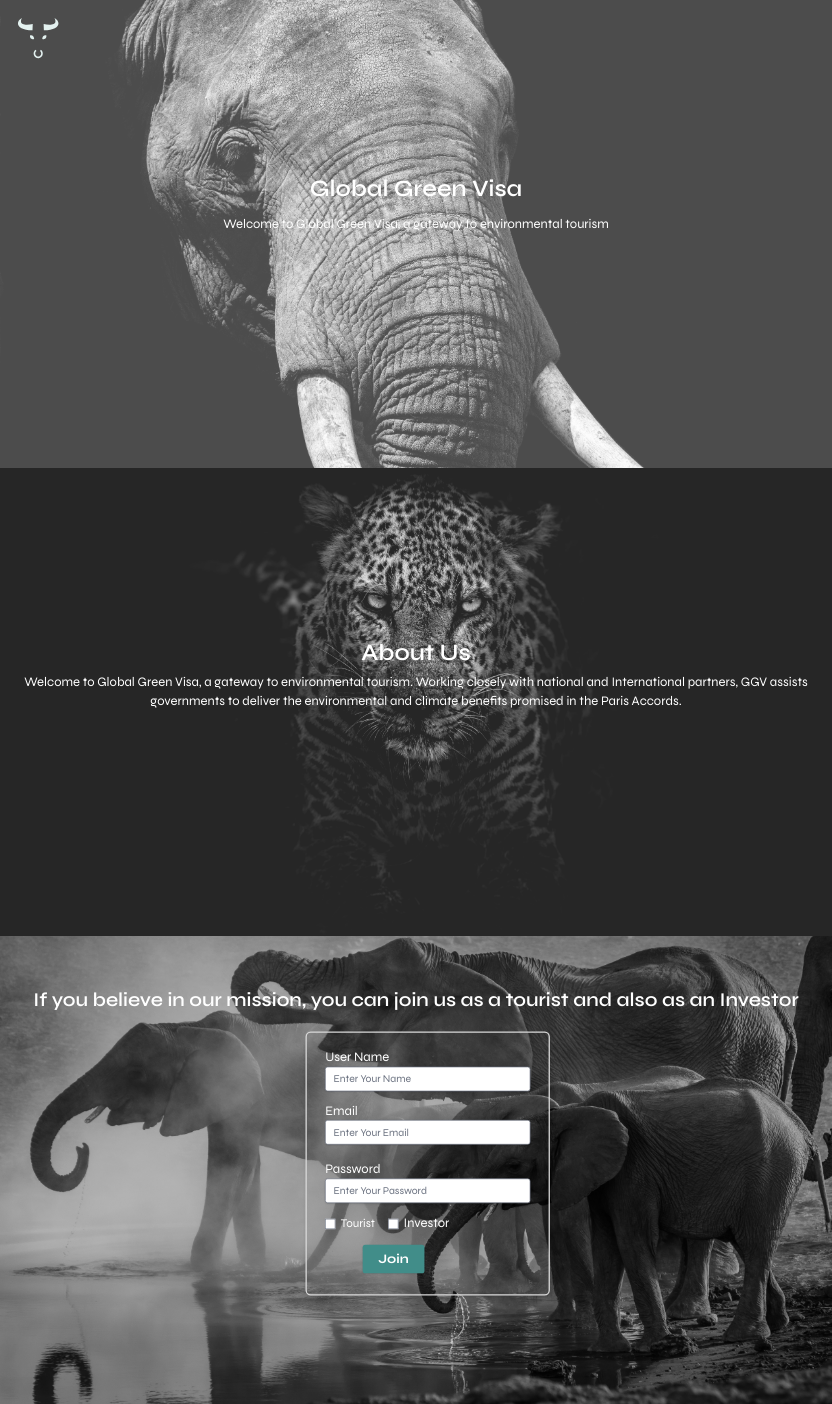
Repository: BrightonMboya/ggv-landingPage
Page: /
These files come from the project's save history. The page is drawn as it stood at one moment and after the next save; the edit follows.
The browser window is 1280 px wide. The pictures show the whole page, at 65% of full size.
The project was rebuilt for these pictures with package versions that can differ from the ones it lists, and the page was loaded fresh each time. The framework's server and built-in components were replaced by stand-ins that run in the browser. Also part of the build but not shown: next.config.js.

Above is the page before, as saved 2022-06-14 15:17:33.

### pages/index.js
import React from "react";
import styles from "../styles/Home.module.css";
import HomePage from "./HomePage";
import AboutUs from "./AboutUs";
import Contactus from "./Contactus";

// const index = () => {
//   return (
//     <React.Fragment>
//       <div className={`${styles.global} ${styles.container}`}>
//         <section className={`${styles.section}`}>
//           <HomePage />
//         </section>
//         <section className={`${styles.section}`}>
//           <AboutUs />
//         </section>
//         <section className={`${styles.section} ${styles.three}`}>
//           <Contactus />
//         </section>
//       </div>
//     </React.Fragment>
//   );
// };

const index = () => {
  return (
    <React.Fragment>
      {/* <div className={styles.global}>
        <div className={styles.container}>
          <section className={`${styles.section}`}>
            <HomePage />
          </section>
          <section className={`${styles.section} ${styles.two}`}>
            <AboutUs />
          </section>
          <section className={styles.section}>
            <Contactus />
          </section>
        </div>
      </div> */}

      <HomePage />
      <AboutUs />
      <Contactus />
    </React.Fragment>
  );
};

export default index;

### styles/globals.css
@tailwind base;
@tailwind components;
@tailwind utilities;

@layer base {
  html {
    font-family: Syne;
  }
}

### styles/Home.module.css
.global {
  margin: 0;
  padding: 0;
  box-sizing: border-box;
  font-family: "Syne";
  /* border: 2px solid yellow; */
}
.section {
  /* height: 100vh; */
  display: flex;
  justify-content: center;
  align-items: center;
  scroll-snap-align: start;
}

.container {
  scroll-snap-type: y mandatory;
  overflow-y: scroll;
  height: 100vh;
}

.bgWrap {
  position: fixed;
  /* height: 100vh; */
  /* min-height: 80vh; */
  width: 100vw;
  overflow: hidden;
  z-index: -1;
  height: 100vh;
}

.bg {
  /* max-width: 100%; */
  position: relative;
  /* opacity: 0.1; */
  background: linear-gradient(
    to bottom-right,
    rgba(71, 78, 117, 0.7),
    rgba(226, 27, 27, 0.7)
  );
  /* border: 2px solid red; */
  /* height: 100vh; */
}

.content {
  /* display: inline-block; */
  position: absolute;
  left: 50%;
  top: 45%;
  width: 100%;
  transform: translate(-50%, -50%);
}

@media (max-width: 480px) {
  .content p {
    margin: 0 auto;
    max-width: 400px;
  }
}

.two {
  background: rgb(211, 79, 79);
  background: linear-gradient(
      to bottom right,
      rgba(0, 1, 7, 0.7),
      rgb(78, 77, 77, 0.7)
    ),
    url("../public/about.jpg");
  background-size: cover;
  background-repeat: no-repeat;
  background-position: center;
  font-size: 45px;
  line-height: 65px;
  text-align: center;
  color: #ffffff;
}

### pages/HomePage.js
import React from "react";
import Head from "next/head";
import styles from "../styles/Home.module.css";
import Image from "next/image";

const HomePage = () => {
  return (
    <div className="">
      <Head>
        <title>Welcome to GGV</title>
        <meta
          name="description"
          content="Your Gateway to environmental tourism"
        />
        <style>
          @import
          url('https://fonts.googleapis.com/css2?family=Poppins:wght@400;500;600&family=Syne:wght@400;500;600;700&display=swap');
        </style>
      </Head>
      <div
        className={`${styles.bgWrap} ${styles.bg} "bg-gradient-to-br from-black to-slate"`}
      >
        <Image
          src="/elephant.jpg"
          layout="fill"
          objectFit="cover"
          quality={100}
          style={{
            opacity: 0.7
          }}
        />
        <div className="w-[70px] h-[70px] relative mt-6 ml-6 ">
          <Image src="/logo.svg" layout="fill" objectFit="contain" />
        </div>
        <div className={styles.content}>
          <h2 className="text-white lg:text-4xl text-center text-6xl font-semibold">
            Global Green Visa
          </h2>
          <p className="text-white lg:text-xl text-center text-2xl leading-loose py-5">
            Welcome to Global Green Visa, a gateway to environmental tourism
          </p>
        </div>
      </div>
    </div>
  );
};
export default HomePage;

### pages/AboutUs.js
import Image from "next/image";
import styles from "../styles/Home.module.css";
import Head from "next/head";

const AboutUs = () => {
  return (
    <div className={styles.global}>
      <Head>
        <title>Welcome to GGV</title>
        <meta
          name="description"
          content="Your Gateway to environmental tourism"
        />
        <style>
          @import
          url('https://fonts.googleapis.com/css2?family=Poppins:wght@400;500;600&family=Syne:wght@400;500;600;700&display=swap');
        </style>
      </Head>
      <div className={`${styles.bgWrap} ${styles.bg}`}>
        <Image
          src="/about.jpg"
          layout="fill"
          objectFit="cover"
          quality={100}
          style={{ opacity: 0.85 }}
        />
        <div className={styles.content}>
          <h2 className="text-white lg:text-4xl text-center text-4xl font-semibold md:text-6xl">
            About Us
          </h2>
          <p className="text-white lg:text-xl text-center text-xl leading-loose py-3 md:text-3xl md:leading-loose md:px-5">
            Welcome to Global Green Visa, a gateway to environmental tourism.
            Working closely with national and International partners, GGV
            assists governments to deliver the environmental and climate
            benefits promised in the Paris Accords.
          </p>
        </div>
      </div>
    </div>
  );
};
export default AboutUs;

### pages/Contactus.js
import React from "react";
import Image from "next/image";
import styles from "../styles/Home.module.css";
import { useState } from "react";
import Head from "next/head";

const Contactus = () => {
  const [enteredName, setEnteredName] = useState("");
  const [enteredPassword, setEnteredPassword] = useState("");
  const [enteredMessage, setEnteredMessage] = useState("");

  const nameChangeHandler = (event) => {
    setEnteredName(event.target.value);
  };

  const passwordChangeHandler = (event) => {
    setEnteredPassword(event.target.value);
  };

  const messageChangeHandler = (event) => {
    setEnteredMessage(event.target.value);
  };

  const submitHandler = (event) => {
    event.preventDefault();
  };
  return (
    <div className="">
      <Head>
        <title>Welcome to GGV</title>
        <meta name="description" content="Join Our Family" />
        <style>
          @import
          url('https://fonts.googleapis.com/css2?family=Poppins:wght@400;500;600&family=Syne:wght@400;500;600;700&display=swap');
        </style>
      </Head>
      <div className={`${styles.bgWrap} ${styles.bg}`}>
        <Image
          src="/contact.jpg"
          layout="fill"
          objectFit="cover"
          quality={100}
        />
        <div className="flex items-center justify-center text-white">
          <div className={styles.content}>
            <h3 className="text-xl font-semibold md:text-3xl text-center px-5 leading-loose">
              If you believe in our mission, you can join us as a tourist and
              also as an Investor
            </h3>
            <div className="max-w-xs md:max-w-3xl lg:max-w-full ml-[5vh] mt-8 flex items-center justify-center">
              <form
                onSubmit={submitHandler}
                className="shadow-md rounded-lg px-7 pt-6 pb-8 mb-4 border-gray border-2 "
              >
                <div className="mb-4">
                  <label className="text-lg md:text-xl">User Name</label>
                  <input
                    type="text"
                    value={enteredName}
                    onChange={nameChangeHandler}
                    placeholder="Enter Your Name"
                    className="shadow appearance-none border rounded w-full py-2 px-3 text-gray-700 leading-tight focus:outline-none focus:shadow-outline"
                  />
                </div>
                <div className="mb-6">
                  <label className="text-lg md:text-xl">Email</label>
                  <input
                    type="email"
                    className="shadow appearance-none border rounded w-full py-2 px-3 text-gray-700 leading-tight focus:outline-none focus:shadow-outline"
                    onChange={passwordChangeHandler}
                    placeholder="Enter Your Email"
                    value={enteredPassword}
                  />
                </div>

                <div>
                  <label className="text-lg md:text-xl">Password</label>
                  <input
                    type="text"
                    className="shadow appearance-none border rounded w-full py-2 px-3 text-gray-700 leading-tight focus:outline-none focus:shadow-outline"
                    placeholder="Enter Your Password"
                    value={enteredMessage}
                    onChange={messageChangeHandler}
                  />
                </div>
                <div className="flex items-center mt-4">
                  <div>
                    <input type="checkbox" className="mr-2 leading-tight" />
                    <span className="text-sm text-center md:text-lg">
                      Tourist
                    </span>
                  </div>
                  <div className="ml-5">
                    <input type="checkbox" className="mr-2 leading-tight" />
                    <span className="text-sm text-center md:text-xl">
                      Investor
                    </span>
                  </div>
                </div>

                <div className="mt-5 ml-[8vh]">
                  <button className="shadow bg-green focus:shadow-outline focus:outline-none text-white font-bold py-2 px-6 rounded md:text-xl">
                    Join
                  </button>
                </div>
              </form>
            </div>
          </div>
        </div>
      </div>
    </div>
  );
};

export default Contactus;

### tailwind.config.js
module.exports = {
  content: [
    "./pages/**/*.{js,ts,jsx,tsx}",
    "./components/**/*.{js,ts,jsx,tsx}"
  ],
  theme: {
    extend: {
      colors: {
        black: "#000107",
        slate: "#E3F1EF",
        green: "#418D89",
        gray: "#D9D9D9"
      },
      fontFamily: {
        Syne: ["Syne", "sans-serif"]
      }
    }
  },
  plugins: [require("@tailwindcss/forms")]
};

Loaded but not shown: pages/_app.js (common file)

After the next save:
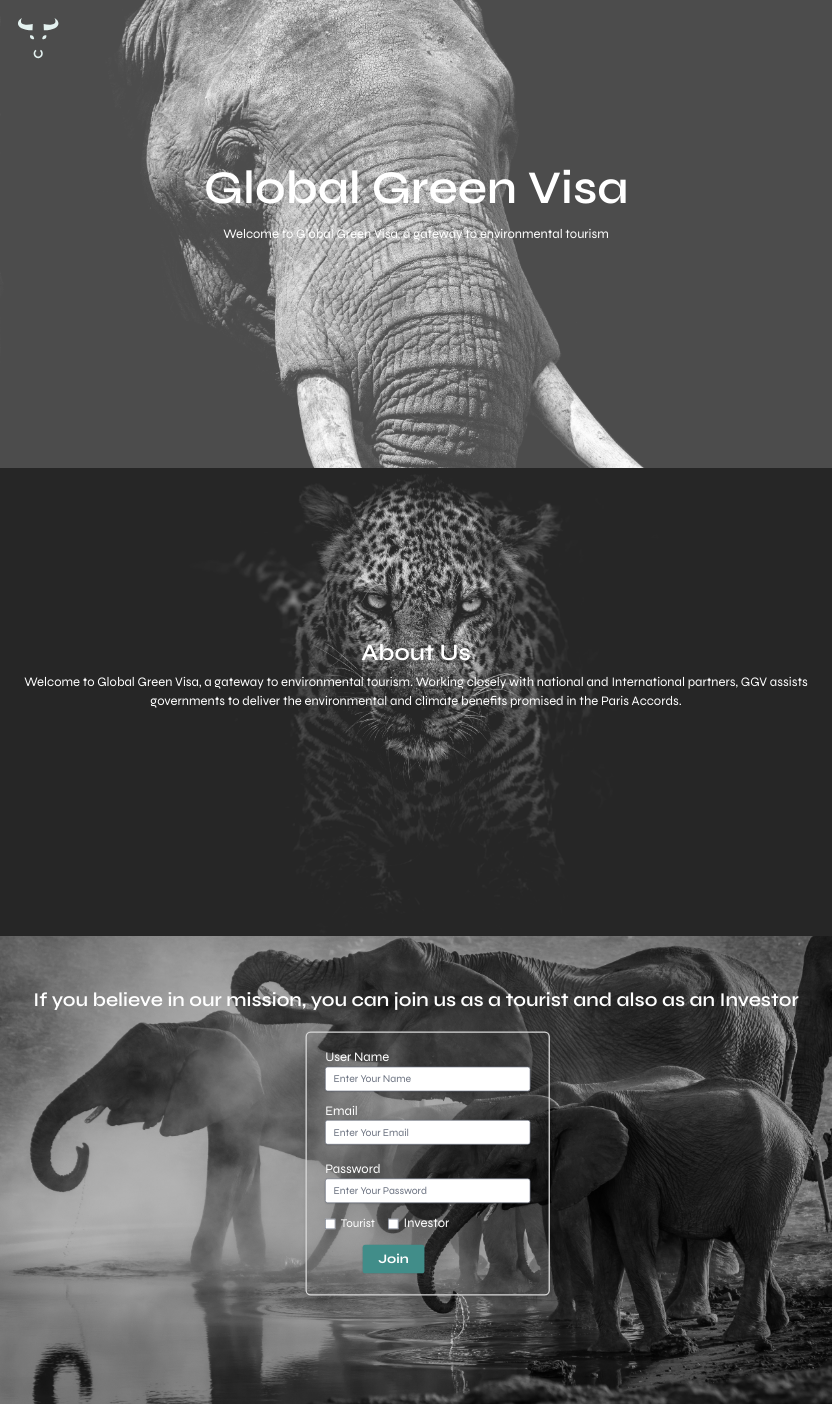
Saved 54 s later.
--- a/pages/HomePage.js
+++ b/pages/HomePage.js
@@ -33,7 +33,7 @@
           <Image src="/logo.svg" layout="fill" objectFit="contain" />
         </div>
         <div className={styles.content}>
-          <h2 className="text-white lg:text-4xl text-center text-6xl font-semibold">
+          <h2 className="text-white lg:text-7xl text-center text-6xl font-semibold">
             Global Green Visa
           </h2>
           <p className="text-white lg:text-xl text-center text-2xl leading-loose py-5">

After the save that followed:
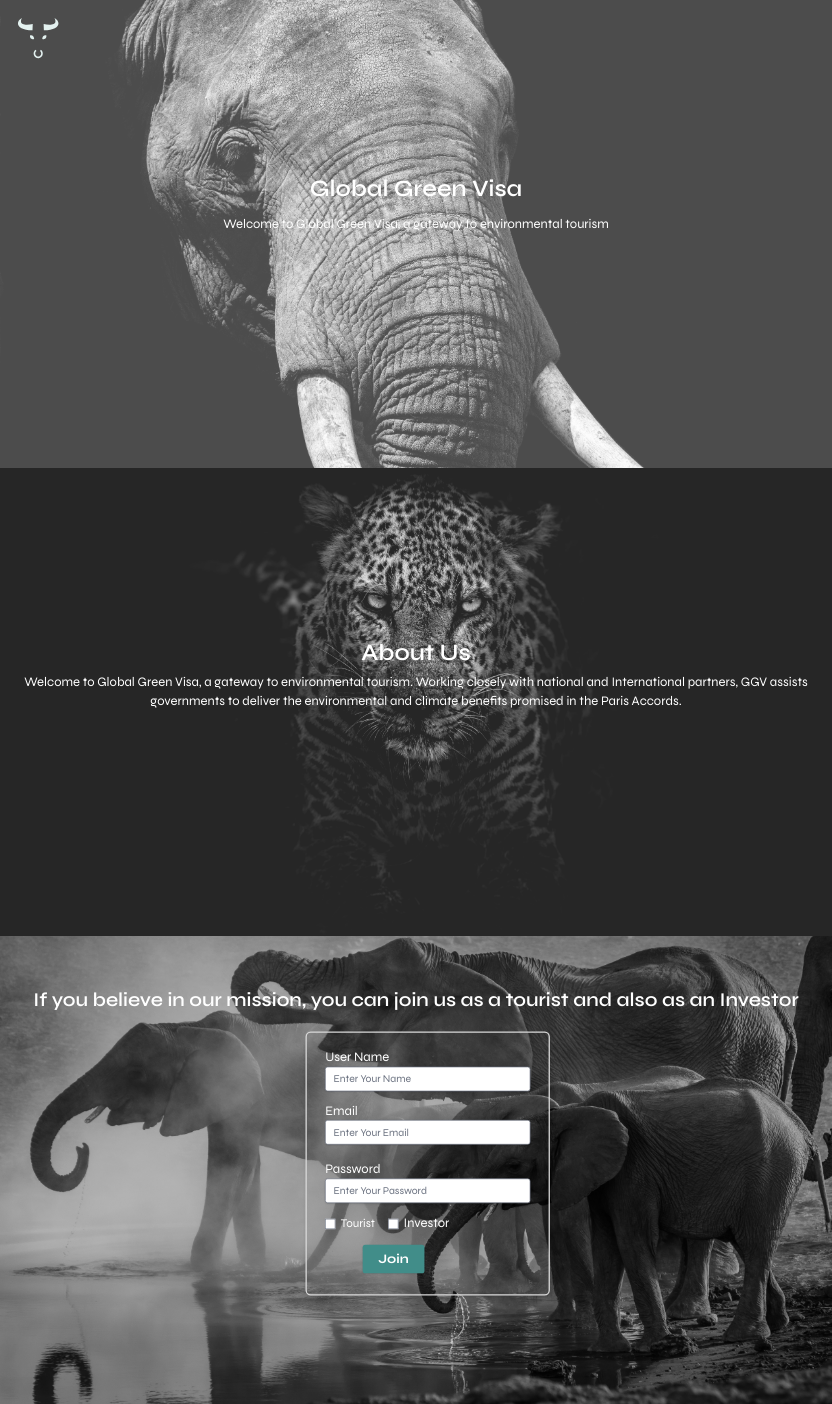
Saved 6 s later.
--- a/pages/HomePage.js
+++ b/pages/HomePage.js
@@ -33,7 +33,7 @@
           <Image src="/logo.svg" layout="fill" objectFit="contain" />
         </div>
         <div className={styles.content}>
-          <h2 className="text-white lg:text-7xl text-center text-6xl font-semibold">
+          <h2 className="text-white lg:text-4xl text-center text-6xl font-semibold">
             Global Green Visa
           </h2>
           <p className="text-white lg:text-xl text-center text-2xl leading-loose py-5">
